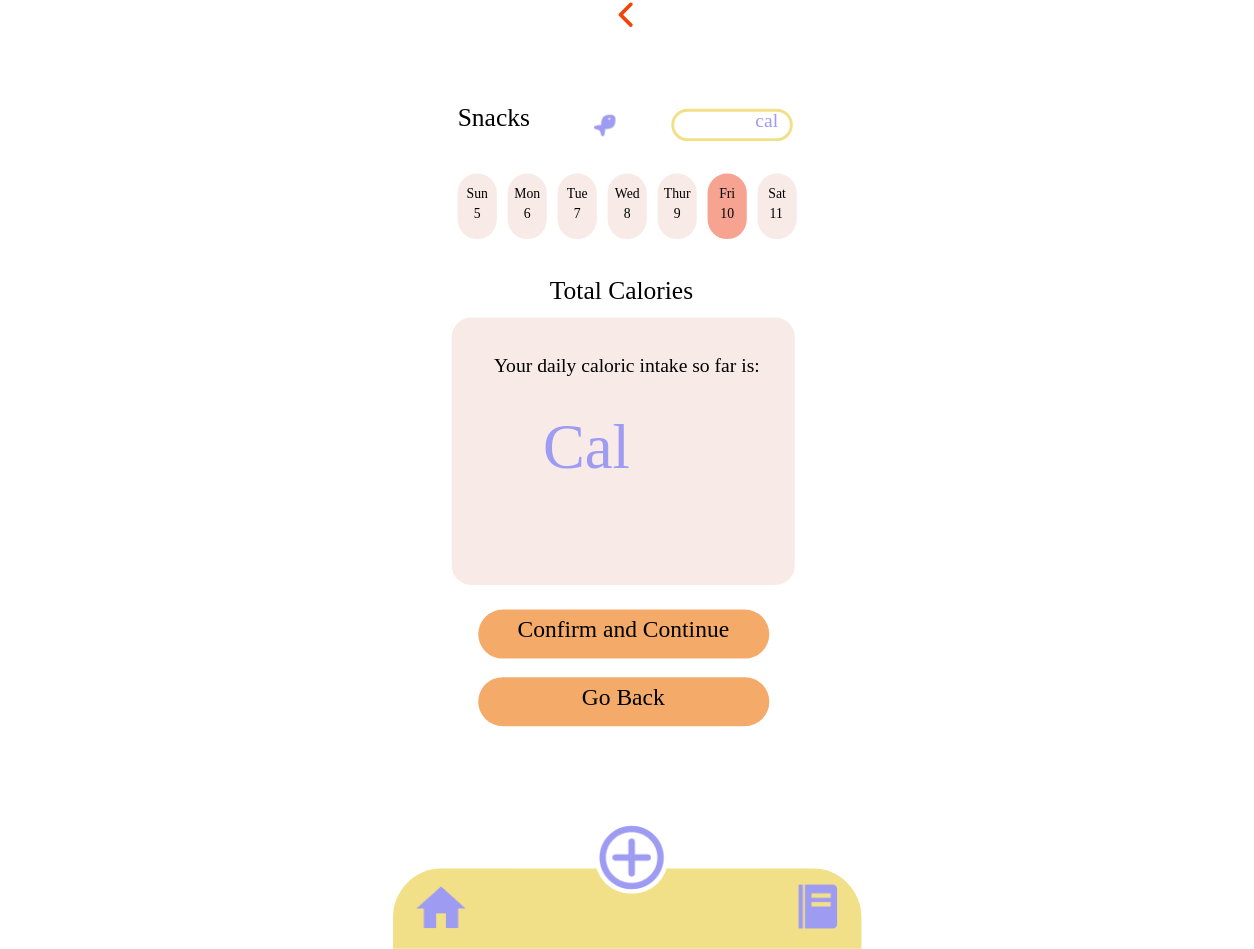
Repository: MeowCeline00/G5-Calorie-Tracker
Page: SnackCalCounter/index.html
An editor plug-in stored every save of this project. The page is shown before and after a run of saves, followed by the edit.
The browser window is 1280 px wide. The pictures show the whole page, at 98% of full size.

Above is the page before, as saved 2024-05-26 06:47:41.

### SnackCalCounter/index.html
<!DOCTYPE html>
<html>
<head>
  	<meta charset="utf-8">
  	<meta name="viewport" content="initial-scale=1, width=device-width">

  	<link rel="stylesheet" href="./global.css" />
  	<link rel="stylesheet"  href="./index.css" />

</head>
<body>
	<div class="pageContainer">
		<a class="arrow" href="/addPage/Add.html" ><img src="/images/prevButton.svg" ></a>
		<div class="pageInnerContainer">
			<!-- <div class="add-page-container"> -->
  	<div class="add-page">
    		<div class="add-page-child">
    		</div>
    		<div class="add-page-item">
    		</div>
    		<div class="add-page-inner">
    		</div>
    		<div class="rectangle-div">
    		</div>
    		<div class="add-page-child1">
    		</div>
    		<div class="add-page-child2">
    		</div>
    		<div class="add-page-child3">
    		</div>
    		<div class="add-page-child4">
    		</div>

    		<div class="total-calories">Total Calories</div>
    		<div class="breakfast">Snacks</div>
    		<div class="div">5</div>
    		<div class="sun">Sun</div>
    		<div class="mon">Mon</div>
    		<div class="tue">Tue</div>
    		<div class="wed">Wed</div>
    		<div class="thur">Thur</div>
    		<div class="fri">Fri</div>
    		<div class="sat">Sat</div>
    		<div class="div1">6</div>
    		<div class="div2">7</div>
    		<div class="div3">8</div>
    		<div class="div4">9</div>
    		<div class="div5">10</div>
    		<div class="div6">11</div>
    		<div class="add-page-child5">
    		</div>
    		<div class="add-page-child6">
    		</div>
    		<div class="confirm-and-continue">Confirm and Continue</div>
			<div><a class="go-back" href="/snacksAddPage/index.html">Go Back</a></div>    		<div class="add-page-child7">
    		</div>
    		<div class="cal">cal</div>
    		<img class="fluent-mdl2breakfast-icon" alt="Snacks" src="/Images/fluent_food-fish-24-filled.png">

    		<div class="add-page-child8">
    		</div>
    		<div class="your-daily-caloric">Your daily caloric intake so far is:</div>
    		<div class="cal1">
      			<span></span>
      			<span class="cal2">Cal</span>
			</div>
			</div>

	  <div class="navBarContainer">
		<div class="navBar">
		<a href="/index.html"><img class="image1" src="/Images/Vector.png "></a>
		<a href="/index.html"><img class="image02"src="/Images/vector02.png "></a>
		<a href="/index.html"><img class="image03" src="/Images/Vector1.png"></a>
		</div>
	</div>
</div>
</div>




</body>
</html>

### SnackCalCounter/global.css

body {
    margin: 0;
    line-height: normal;
}


:root {

    /* fonts */
    --body-20-medium: Catamaran;
    --heading-26-regular: Saira;

    /* font sizes */
    --body-20-medium-size: 20px;
    --body-24-regular-size: 24px;
    --font-size-sm: 14px;
    --heading-26-regular-size: 26px;

    /* Colors */
    --color-cornflowerblue: #9e9bf2;
    --color-black: #000;
    --lighter-nav-bar: rgba(247, 232, 229, 0.9);
    --yellow: #f2e088;
    --color-sandybrown: rgba(242, 149, 68, 0.8);

    /* Border radiuses */
    --br-xl: 20px;
    --br-17xl: 36px;

}

### SnackCalCounter/index.css
.add-page-child {
    position: absolute;
    top: 582px;
    left: 0px;
    width: 393px;
    height: 55px;
}
.add-page-item {
    position: absolute;
    top: 143px;
    left: 26px;
    border-radius: var(--br-xl);
    background-color: var(--lighter-nav-bar);
    width: 40px;
    height: 67px;
}
.add-page-inner {
    position: absolute;
    top: 143px;
    left: 77px;
    border-radius: var(--br-xl);
    background-color: var(--lighter-nav-bar);
    width: 40px;
    height: 67px;
}
.rectangle-div {
    position: absolute;
    top: 143px;
    left: 128px;
    border-radius: var(--br-xl);
    background-color: var(--lighter-nav-bar);
    width: 40px;
    height: 67px;
}
.add-page-child1 {
    position: absolute;
    top: 143px;
    left: 179px;
    border-radius: var(--br-xl);
    background-color: var(--lighter-nav-bar);
    width: 40px;
    height: 67px;
}
.add-page-child2 {
    position: absolute;
    top: 143px;
    left: 230px;
    border-radius: var(--br-xl);
    background-color: var(--lighter-nav-bar);
    width: 40px;
    height: 67px;
}
.add-page-child3 {
    position: absolute;
    top: 143px;
    left: 281px;
    border-radius: var(--br-xl);
    background-color: rgba(242, 126, 99, 0.7);
    width: 40px;
    height: 67px;
}
.add-page-child4 {
    position: absolute;
    top: 143px;
    left: 332px;
    border-radius: var(--br-xl);
    background-color: var(--lighter-nav-bar);
    width: 40px;
    height: 67px;
}
.nav-bar-icon {
    position: absolute;
    top: 726px;
    left: 0px;
    width: 393px;
    height: 126px;
}
.total-calories {
    position: absolute;
    top: 248px;
    left: 120px;
    font-size: var(--heading-26-regular-size);
    font-weight: 500;
    font-family: var(--heading-26-regular);
    text-align: left;
    display: inline-block;
    width: 163px;
    height: 42px;
}
.breakfast {
    position: absolute;
    top: 72px;
    left: 26px;
    font-size: var(--heading-26-regular-size);
    font-weight: 500;
    font-family: var(--heading-26-regular);
    text-align: left;
    display: inline-block;
    width: 130px;
    height: 42px;
}
.div {
    position: absolute;
    top: 176px;
    left: 26px;
    display: inline-block;
    width: 40px;
    height: 42px;
}
.sun {
    position: absolute;
    top: 156px;
    left: 26px;
    display: inline-block;
    width: 40px;
    height: 20px;
}
.mon {
    position: absolute;
    top: 156px;
    left: 77px;
    display: inline-block;
    width: 40px;
    height: 20px;
}
.tue {
    position: absolute;
    top: 156px;
    left: 128px;
    display: inline-block;
    width: 40px;
    height: 20px;
}
.wed {
    position: absolute;
    top: 156px;
    left: 179px;
    display: inline-block;
    width: 40px;
    height: 20px;
}
.thur {
    position: absolute;
    top: 156px;
    left: 230px;
    display: inline-block;
    width: 40px;
    height: 20px;
}
.fri {
    position: absolute;
    top: 156px;
    left: 281px;
    display: inline-block;
    width: 40px;
    height: 20px;
}
.sat {
    position: absolute;
    top: 156px;
    left: 332px;
    display: inline-block;
    width: 40px;
    height: 20px;
}
.div1 {
    position: absolute;
    top: 176px;
    left: 77px;
    display: inline-block;
    width: 40px;
    height: 42px;
}
.div2 {
    position: absolute;
    top: 176px;
    left: 128px;
    display: inline-block;
    width: 40px;
    height: 42px;
}
.div3 {
    position: absolute;
    top: 176px;
    left: 179px;
    display: inline-block;
    width: 40px;
    height: 42px;
}
.div4 {
    position: absolute;
    top: 176px;
    left: 230px;
    display: inline-block;
    width: 40px;
    height: 42px;
}
.div5 {
    position: absolute;
    top: 176px;
    left: 281px;
    display: inline-block;
    width: 40px;
    height: 42px;
}
.div6 {
    position: absolute;
    top: 176px;
    left: 332px;
    display: inline-block;
    width: 38px;
    height: 42px;
}
.add-page-child5 {
    position: absolute;
    top: 588px;
    left: 47px;
    border-radius: var(--br-17xl);
    background-color: var(--color-sandybrown);
    width: 297px;
    height: 50px;
}
.add-page-child6 {
    position: absolute;
    top: 657px;
    left: 47px;
    border-radius: var(--br-17xl);
    background-color: var(--color-sandybrown);
    width: 297px;
    height: 50px;
}
.confirm-and-continue {
    position: absolute;
    top: 595px;
    left: 80px;
    font-size: var(--body-24-regular-size);
    display: inline-block;
    width: 230px;
    height: 42px;
}
.go-back {
    position: absolute;
    top: 664px;
    left: 80px;
    font-size: var(--body-24-regular-size);
    display: inline-block;
    width: 230px;
    height: 42px;
    cursor: pointer;
    text-decoration: none;
    color: black
}
.add-page-child7 {
    position: absolute;
    top: 77px;
    left: 244px;
    border-radius: var(--br-xl);
    background-color: #fff;
    border: 3px solid var(--yellow);
    box-sizing: border-box;
    width: 124px;
    height: 33px;
}
.cal {
    position: absolute;
    top: 78px;
    left: 313px;
    font-size: var(--body-20-medium-size);
    font-weight: 500;
    color: var(--color-cornflowerblue);
    text-align: right;
    display: inline-block;
    width: 40px;
    height: 23px;
}
.fluent-mdl2breakfast-icon {
    position: absolute;
    top: 81px;
    left: 164px;
    width: 25px;
    height: 25px;
}
.add-page-child8 {
    position: absolute;
    top: 290px;
    left: 20px;
    border-radius: var(--br-xl);
    background-color: var(--lighter-nav-bar);
    width: 350px;
    height: 273px;
}
.your-daily-caloric {
    position: absolute;
    top: 328px;
    left: 63px;
    font-size: var(--body-20-medium-size);
}
.cal2 {
    color: var(--color-cornflowerblue);
}
.cal1 {
    position: absolute;
    top: 386px;
    left: 113px;
    font-size: 64px;
    text-align: right;
}
.add-page {
    width: 100%;
    position: relative;
    background-color: rgba(255, 255, 255, 0.92);
    height: 852px;
    overflow: hidden;
    text-align: center;
    font-size: var(--font-size-sm);
    color: var(--color-black);
    font-family: var(--body-20-medium);
    left: 40px;
}


.navBar {
    background-color: #F2E088;
    width: 430px;
    height: 50px;
    display: flex;
    flex-direction: row;
    justify-content: space-between;
    align-items: center;
    padding-left: 1.5em;
    padding-right: 1.5em;
    padding-top: 1em;
    padding-bottom: 1em;
    border-top-left-radius: 50px;
    border-top-right-radius: 50px;
}

.image1 {
    width: 50px;
    height: 42.5;
}
.image02 {
    position: relative;
    width: 66.67px;
    height: 66.67px;
    background-color: #fff;
    padding:0.25em ;
    border-radius: 360px;
    top: -50px;
}

.image03 {
    width: 41.25px;
    height: 45.58;
}

.navBar a {
    padding: 0em;
    margin: 0em;
}

.pageContainer {
    display: flex;

    flex-direction: column;
    align-items: center;


}
.pageInnerContainer {
    display: flex;
    flex-direction: column;
    align-items: center;
    justify-content: center;

}

.add-page-container {
    display: flex;
    justify-content: center;
    flex-direction: column;
}

After the next 2 saves:
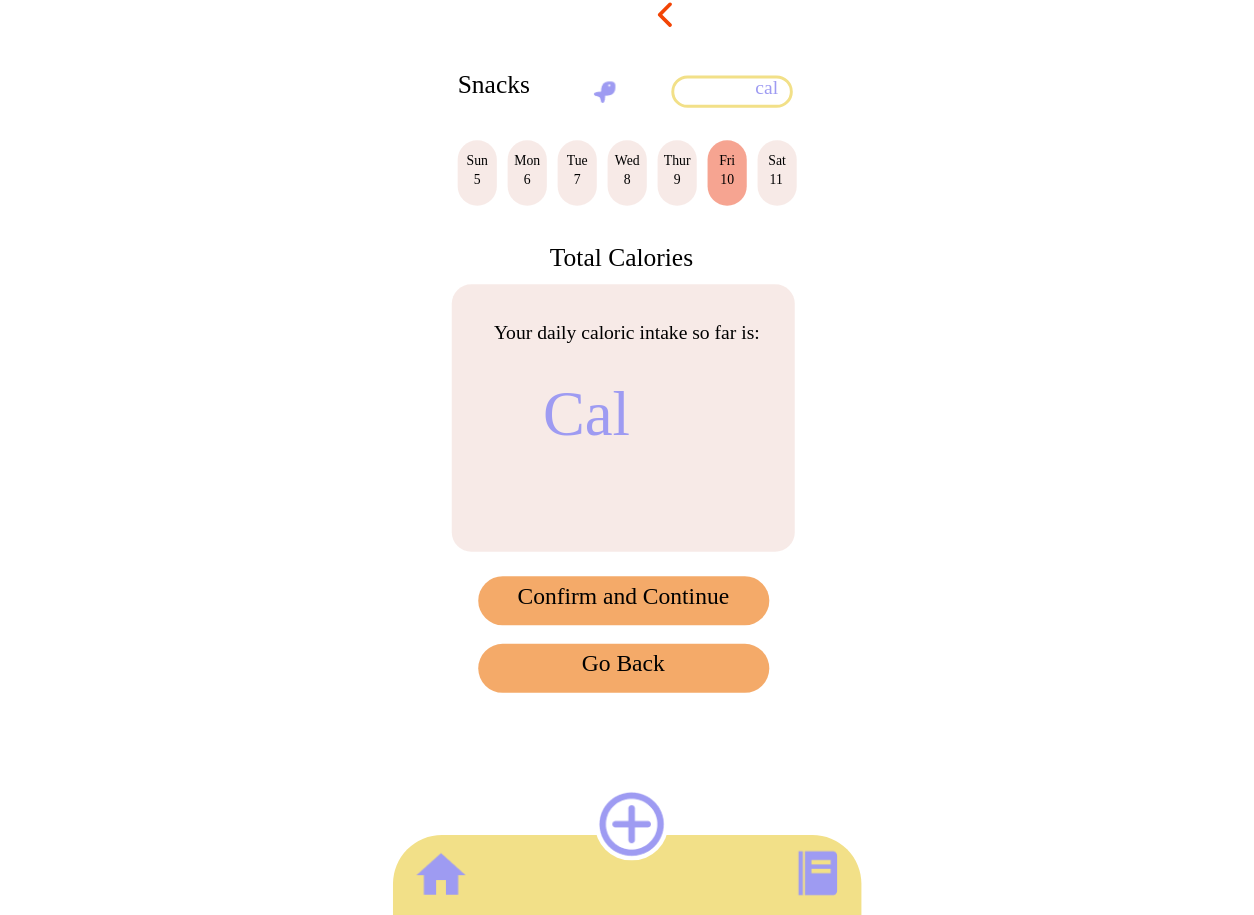
The 2 saves are shown as one change because they came seconds apart.
The last was saved 14 s later.
--- a/SnackCalCounter/index.html
+++ b/SnackCalCounter/index.html
@@ -10,10 +10,11 @@
 </head>
 <body>
 	<div class="pageContainer">
-		<a class="arrow" href="/addPage/Add.html" ><img src="/images/prevButton.svg" ></a>
 		<div class="pageInnerContainer">
 			<!-- <div class="add-page-container"> -->
   	<div class="add-page">
+		<a class="arrow" href="/addPage/Add.html" ><img src="/images/prevButton.svg" ></a>
+
     		<div class="add-page-child">
     		</div>
     		<div class="add-page-item">
